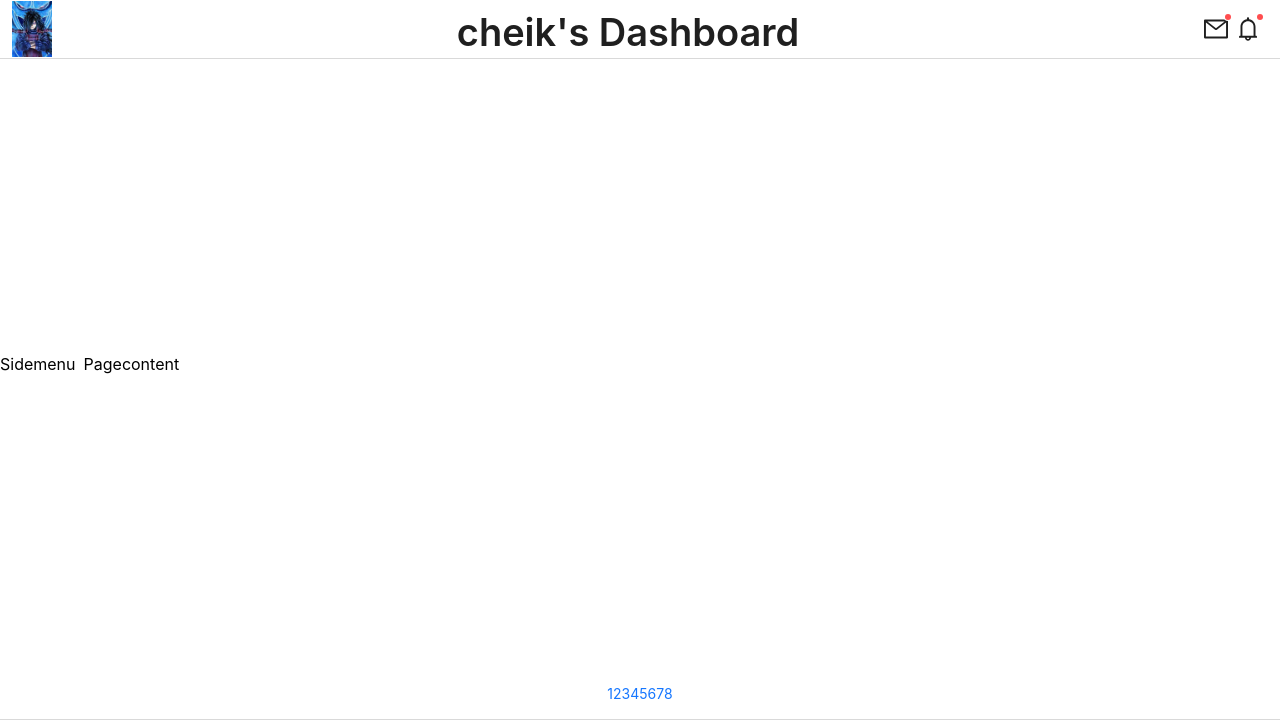
Repository: cheik253/21036
Page: /
These files come from the project's save history. The page is drawn as it stood at one moment and after the next save; the edit follows.
The browser window is 1280 px wide. The pictures show the whole page.
The project was rebuilt for these pictures with package versions that can differ from the ones it lists, and the page was loaded fresh each time.

Above is the page before, as saved 2024-02-23 00:01:33.

### src/App.js
// App.js
import React from 'react';
import ReactApexChart from 'react-apexcharts';
import Sidemenu from './Components/Sidemenu';
import Appfooter from './Components/Appfooter';
import Appheader from './Components/Appheader';
import { Space } from 'antd';
import Pagecontent from './Components/Pagecontent';

import './App.css'; // Assuming your CSS file is named 'App.css'

function App() {
  return (
    <div className="App">
      <Appheader />
      <Space className='SideMenuPageContent'>
        <Sidemenu />
        <Pagecontent />
      </Space>
      <Appfooter />
    </div>
  );
}

export default App;

### src/Components/Sidemenu/index.js
import React from 'react';
import ReactApexChart from 'react-apexcharts';
export default function Sidemenu() {
    return(
    <div className='Sidemenu'>

   Sidemenu


       </div>


       );
   }

### src/Components/Appfooter/index.js
import React from 'react';
import { Badge, Space, Typography } from 'antd';
import { MailOutlined, BellOutlined } from '@ant-design/icons';
import ReactApexChart from 'react-apexcharts';

export default function Appfooter() {
 return(
 <div className='Appfooter'>


<Typography.Link href='tel:12345678'>12345678</Typography.Link>

    </div>


    );
}

const PieChartComponent = () => {
    const l1 = [334, 122,55];
    const l2 = ['a', 'b','c'];

    const options = {
      labels: l2,
      series: l1,
    };

    return (
      <ReactApexChart
        options={options}
        series={options.series}
        type="pie"
        height={230}
        width={250}
      />
    );
  };

### src/Components/Appheader/index.js
import React from 'react';
import { Badge, Space, Typography } from 'antd';
import { MailOutlined, BellOutlined } from '@ant-design/icons';
import ReactApexChart from 'react-apexcharts';
import madaraImage from './madara.jpg';

export default function Appheader() {
  return (
    <div className="Appheader">
      <img src={madaraImage} alt="Madara Image" width={40} />
      <Typography.Title>cheik's Dashboard</Typography.Title>
      <Space>
        <Badge count={20} dot>
        <MailOutlined style={{fontSize:24}} />
        </Badge>

      <Badge count={10} dot >
      <BellOutlined  style={{fontSize:24}} />
      </Badge>


      </Space>
    </div>
  );
}

### src/Components/Pagecontent/index.js
import React from 'react';
import ReactApexChart from 'react-apexcharts';
export default function Pagecontent() {
    return(
    <div className='Pagecontent'>

Pagecontent


       </div>


       );
   }

### src/App.css
.App{

  display: flex;
  flex-direction: column;
  width: 100vw;
  height: 100vh;
}
.Appheader{
  height: 50px;
  display: flex;
  justify-content: space-between;
 align-items: center;
 padding: 4px 20px 4px 12px;
 border-bottom:  1px solid rgba(0, 0,0, 0.15);

}
.Appfooter{
  height: 50px;
  display: flex;
  justify-content: space-evenly;
  align-items: center;
  border-bottom:  1px solid rgba(0, 0,0, 0.15);

}
.SideMenuPageContent{
  display: flex;
  flex: 1;
}

Loaded but not shown: public/index.html (common file); src/index.js (common file); src/index.css (common file)

After the next save:
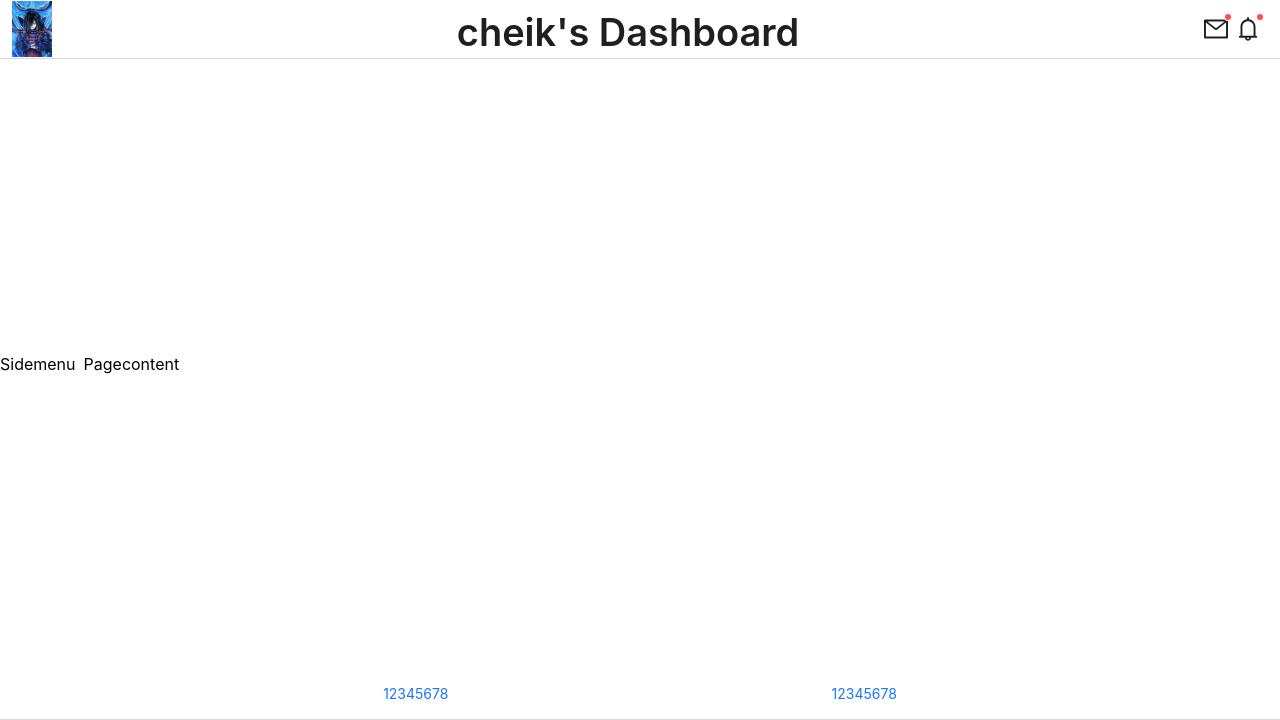
Saved 58 s later.
--- a/src/Components/Appfooter/index.js
+++ b/src/Components/Appfooter/index.js
@@ -8,6 +8,7 @@ export default function Appfooter() {
  <div className='Appfooter'>
 
 
+<Typography.Link href='tel:12345678'>12345678</Typography.Link>
 <Typography.Link href='tel:12345678'>12345678</Typography.Link>
 
     </div>
